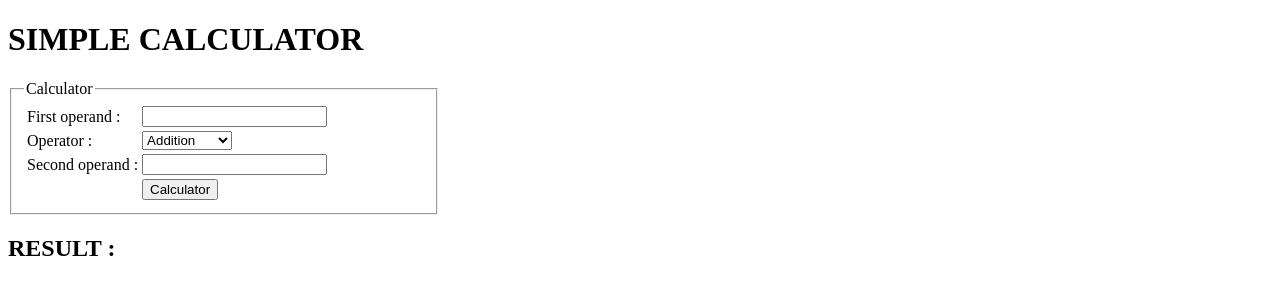
Repository: NGUYEN112/Module2
Page: http://localhost/
An editor plug-in stored every save of this project. The page is shown before and after the next save, followed by the edit.
The browser window is 1280 px wide. The pictures show the whole page.
The page is run by PHP 8.4 with error messages shown; the project is at /var/www/html/.

Above is the page before, as saved 2021-01-18 14:07:52.

After the next save:
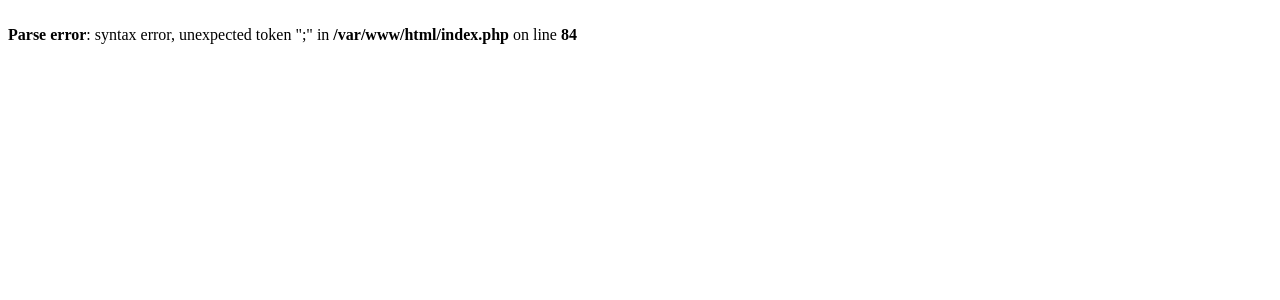
Saved 6 min 5 s later.
--- a/bai8-calculator/index.php
+++ b/bai8-calculator/index.php
@@ -67,8 +67,21 @@
             }
             return $result;
         }
+        function opera($operator) {
+        switch ($operator) {
+            case "addition":
+                return " + ";
+            case "subtraction":
+                return " - ";
+            case "dimession":
+                return " / ";
+            case "multiple":
+                return " * ";
+        }
+        return;
+    }
         $result = calculator($operand, $operator, $operand2);
-        echo $result;
+        echo $result . ;
     }
     ?>
 </body>

After the save that followed:
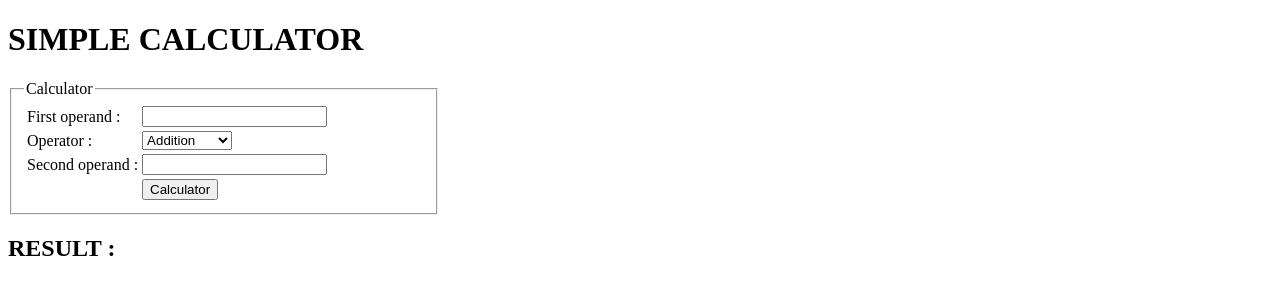
Saved 99 s later.
--- a/bai8-calculator/index.php
+++ b/bai8-calculator/index.php
@@ -80,8 +80,9 @@
         }
         return;
     }
+        $ope = opera($operator);
         $result = calculator($operand, $operator, $operand2);
-        echo $result . ;
+        echo $operand . $ope . $operand2. " = " .$result;
     }
     ?>
 </body>
